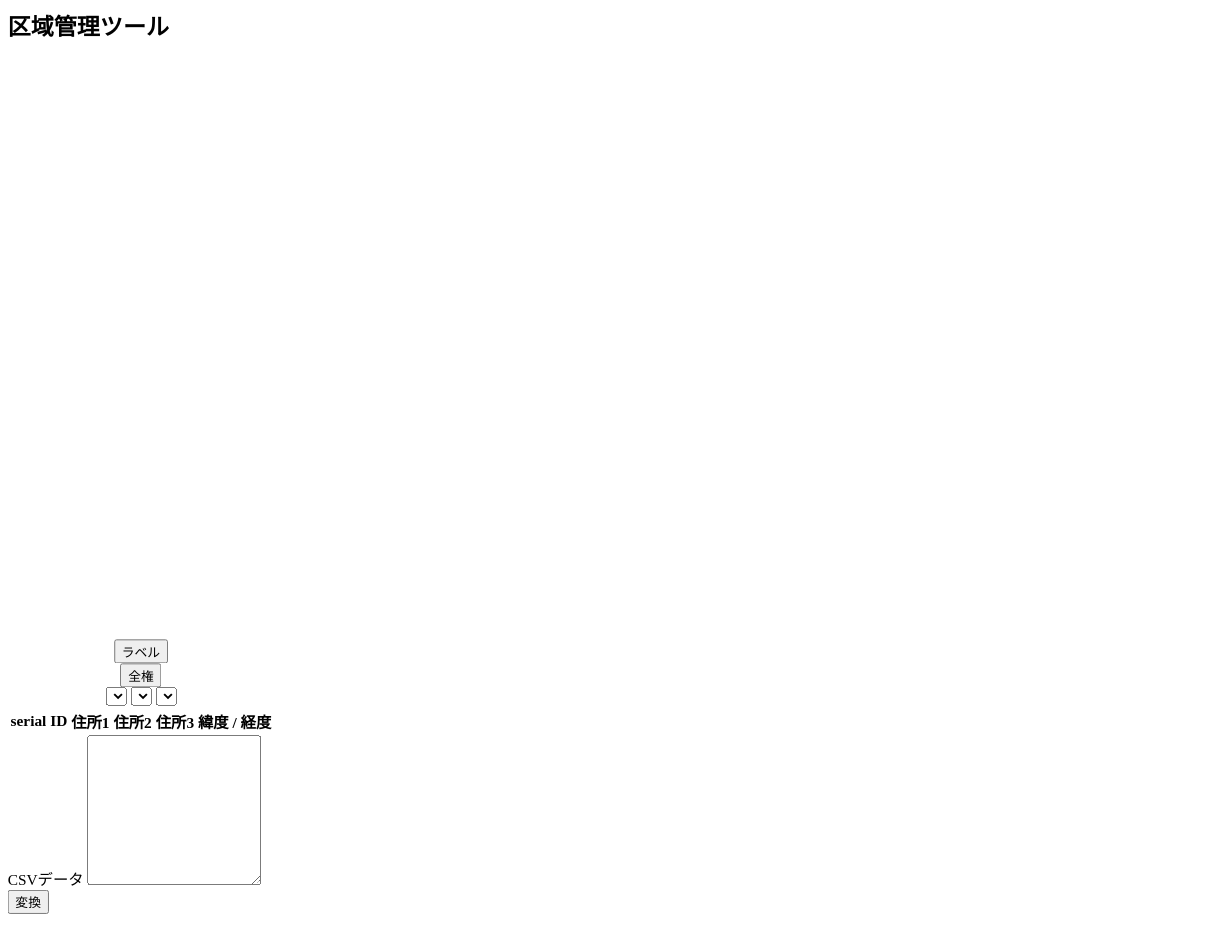
Repository: wadolsh/ykcapp
Page: app/views/kmt.html
The author's editor kept a record of every edit. The page is drawn from the files as they stood at one moment, then again after the next edit.
The browser window is 1280 px wide. The pictures show the whole page, at 96% of full size.

Above is the page before.

After the next edit:
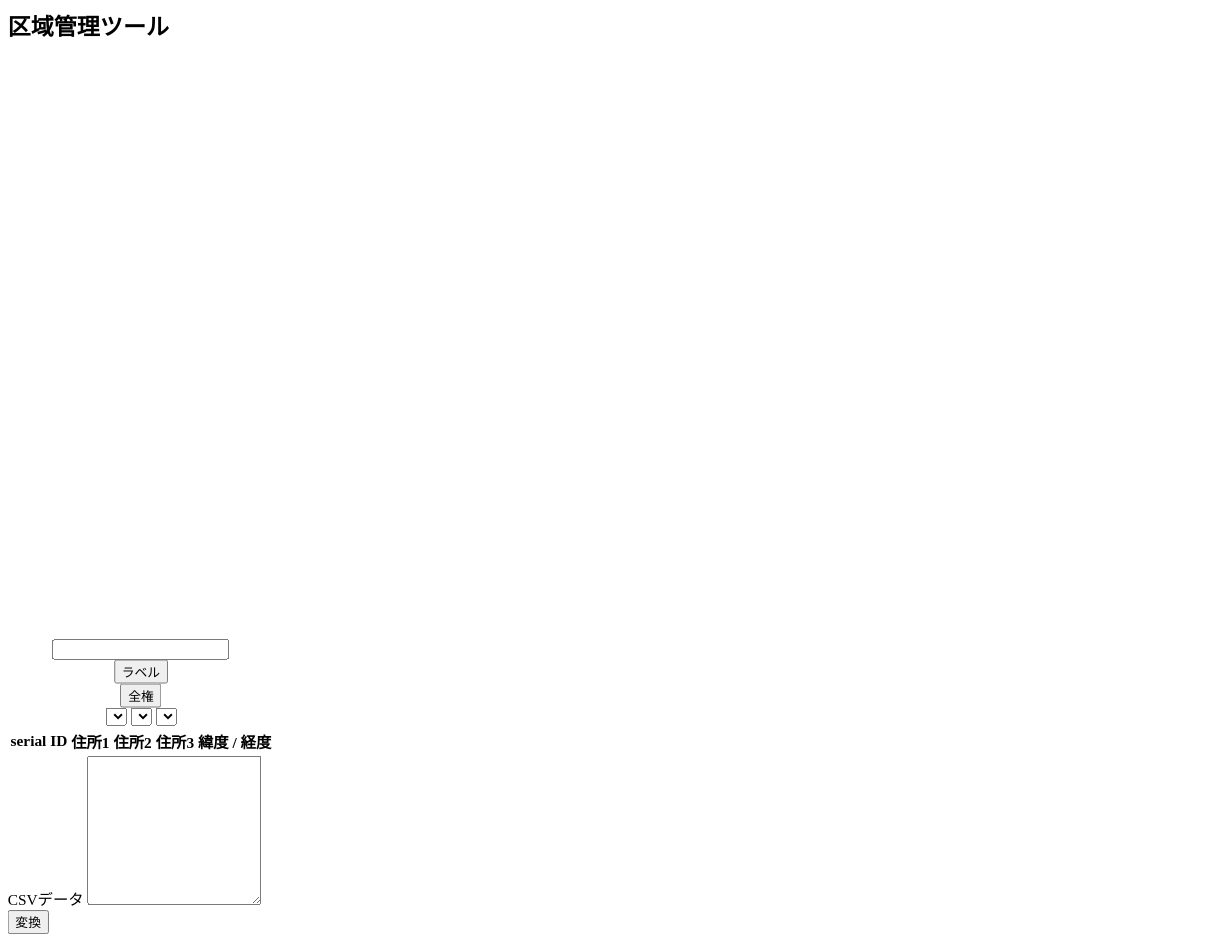
The edit:
--- a/app/views/kmt.html
+++ b/app/views/kmt.html
@@ -25,6 +25,7 @@
     <thead>
       <tr>
         <th colspan="6">
+          <input type="text" ng-model="pageSize">
           <div class="btn-group btn-group-sm">
             <button type="button" class="btn btn-default ng-class:{active:showLabel}" ng-click="changeLabel()">ラベル</button>
           </div>
